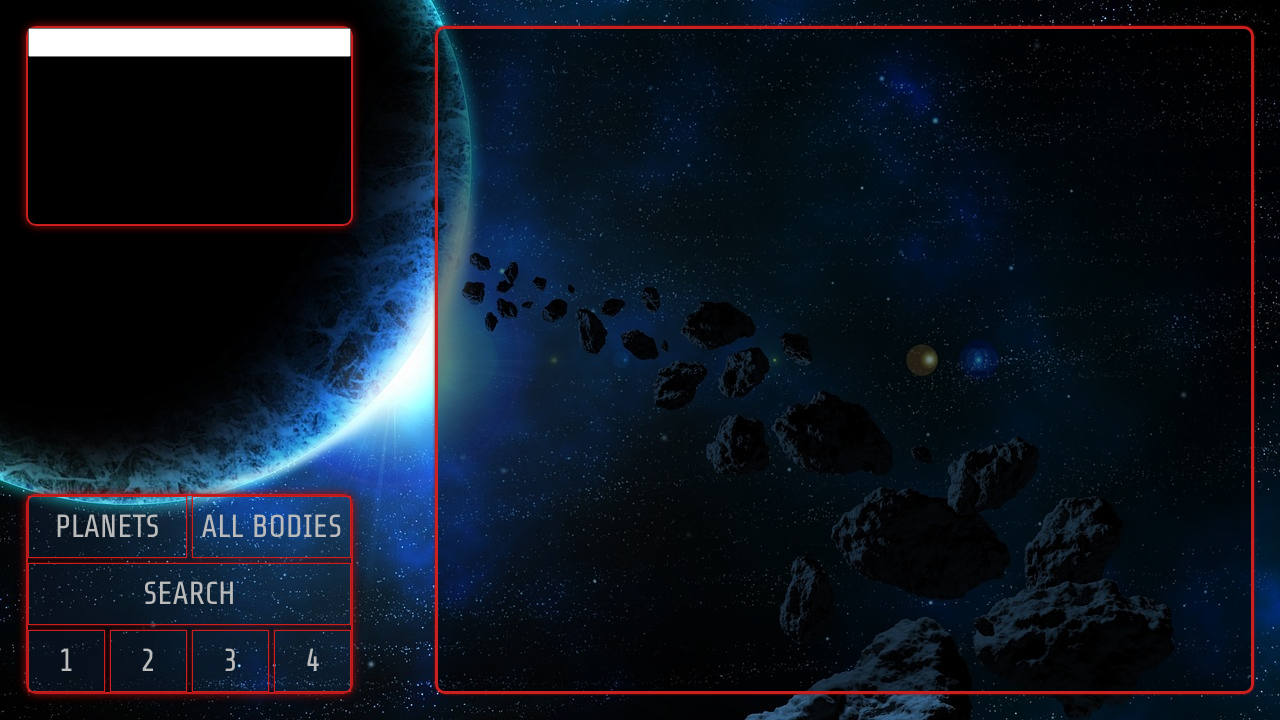
Repository: Przemek-Szadkowski/space-bodies
Page: /
An editor plug-in stored every save of this project. The page is shown before and after the next save, followed by the edit.
The browser window is 1280 px wide. The pictures show the whole page.
The page's requests for data from a server got no answer. The project was rebuilt for these pictures with package versions that can differ from the ones it lists, and the page was loaded fresh each time. No one was signed in, and anything a server would have sent is missing. Also part of the build but not shown: src/components/BodieRecord.js.

Above is the page before, as saved 2021-11-27 14:05:28.

After the next save:
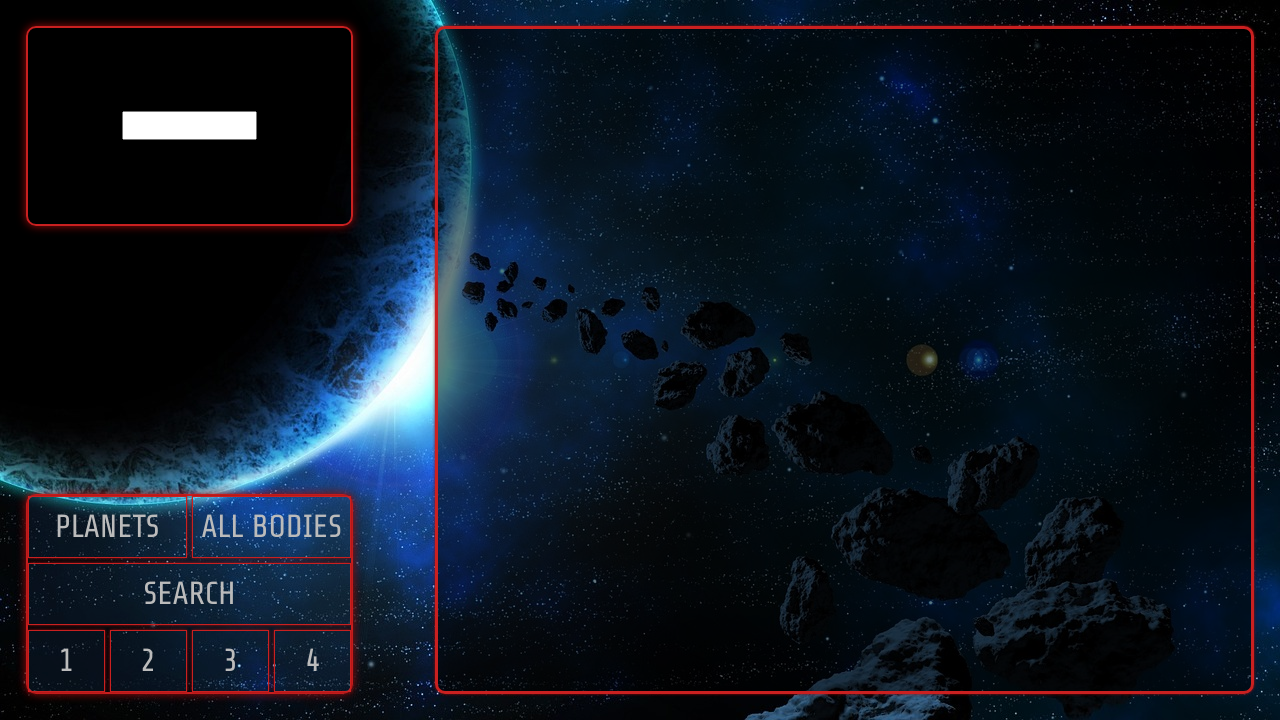
Saved 21 s later.
--- a/src/index.css
+++ b/src/index.css
@@ -149,6 +149,8 @@ main {
   display: grid;
   grid-template-columns: 1fr;
   grid-template-rows: 1fr;
+  justify-items: center;
+  align-items: center;
   grid-area: 1/1/2/2;
   height: 200px;
   width: 80%;
